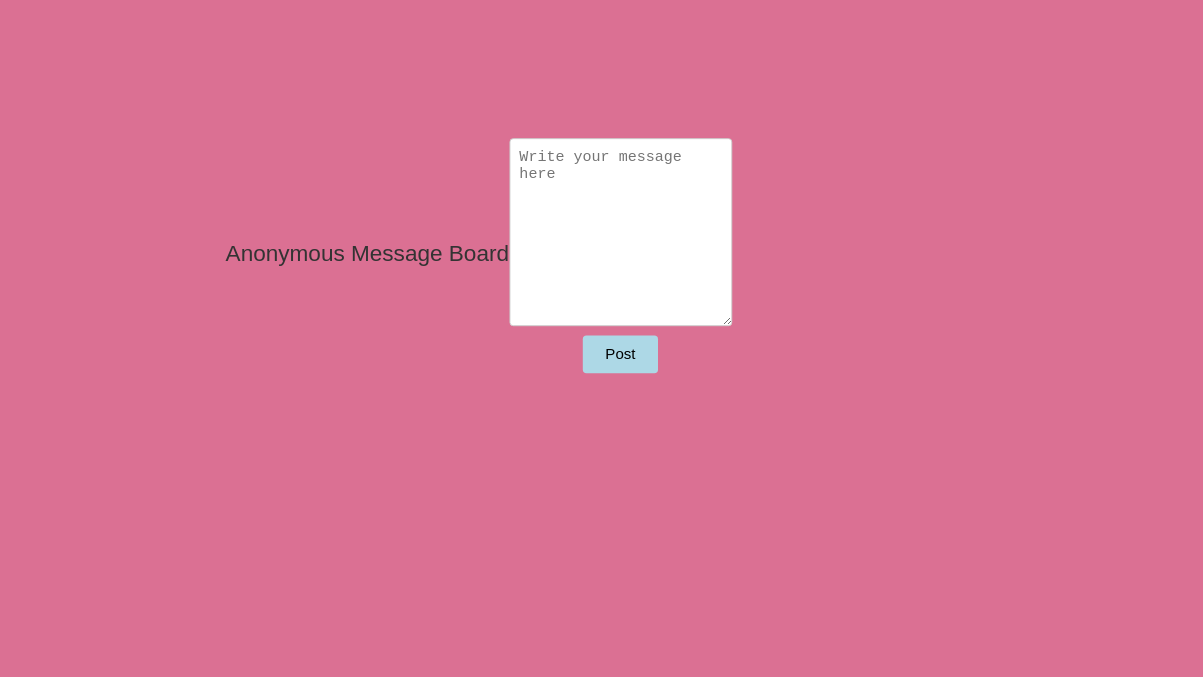
Repository: pilar122/tycha-os
Page: html1.html
The author's editor kept a copy of each file at every save. The page is drawn from the files as they stood at one save, then again after the next save.
The browser window is 1280 px wide. The pictures show the whole page, at 94% of full size.

Above is the page before, as saved 2023-01-06 11:55:01.

### html1.html
<DOCTYPE html>
    <html>
        <head>
            <title>Tychaios</title>
            <link rel="stylesheet" type="text/css" href="style.css">
        </head>
        <body>
            <div id="container">
                <h1> Anonymous Message Board</h1>
                <form id ="message-form">
                    <textarea id="message" placeholder="Write your message here"></textarea>
                    <button type="submit">Post</button>
                </form>
                <div id="messages"></div>
            </div>
            <script src="Script.js"></script>
        </body>
    </html>

### Style.css
body {
    font-family: sans-serif;
    margin: 0;
    padding: 0;
    background-color: palevioletred;
}

#container {
    max-width: 800px;
    height: 500px; /*Gives the element a fixed height*/
    margin: 0 auto;
    padding: 20px;
    text-align: center;
    display: flex; /*This will allow for the use of align-items property*/
    align-items:center; /*This will center the element*/
}

h1 {
    margin: 0;
    font-size: 24px;
    font-weight: normal;
    color: #333;
}

form {
    margin-top: 20px;
    display: flex;
    flex-direction: column;
    align-items: center;
}

textarea{
    width: 100%;
    max-width: 800px;
    height: 200px;
    margin-bottom: 10px;
    font-size: 16px;
    padding: 10px;
    border: 1px solid #ccc;
    border-radius: 4px;
    box-sizing: border-box;
}

button {
    width: 80px;
    height: 40px;
    font-size: 16px;
    background-color: lightblue;
    border: none;
    border-radius: 4px;
    cursor: pointer;
}

button:hover {
    background-color: #aaa;
}

.message {
    margin-top: 20px;
    padding: 20px;
    border: 1px solid #ccc;
    border-radius: 4px;
    box-sizing: border-box;
    width: 100%;
    max-width: 800px;
}

.message p {
    margin: 0;
    font-size: 16px;
}

.message .comments {
    margin-top: 10px;

}

.message .comment {
    margin-top: 10px;
    padding: 10px;
    border-left: 1 px solid #ccc;
    font-size: 14px;
}

.message .comment {
    margin: 0;
}

### Script.js
document.addEventListener('DOMContentLoaded', () => {
    const form = document.getElementById('message-form');
    const messages = document.getElementById('messages');

    form.addEventListener('submit', (event) => {
      event.preventDefault();
      const message = document.getElementById('message').value;
      if (message) {
        const div = document.createElement('div');
        div.classList.add('message');
        div.innerHTML = `
          <p>${message}</p>
          <div class="comments"></div>
        `;
        messages.appendChild(div);
        form.reset();
      }
    });

    messages.addEventListener('click', (event) => {
      if (event.target.classList.contains('comment-button')) {
        const messageDiv = event.target.parentElement.parentElement;
        const commentForm = messageDiv.querySelector('.comment-form');
        commentForm.classList.toggle('hidden');
      }
    });

    messages.addEventListener('submit', (event) => {
      event.preventDefault();
      if (event.target.classList.contains('comment-form')) {
        const comment = event.target.querySelector('.comment-input').value;
        if (comment) {
          const commentsDiv = event.target.parentElement.querySelector('.comments');
          const commentDiv = document.createElement('div');
          commentDiv.classList.add('comment');
          commentDiv.innerHTML = `<p>${comment}</p>`;
          commentsDiv.appendChild(commentDiv);
          event.target.reset();
        }
      }
    });
  });

After the next save:
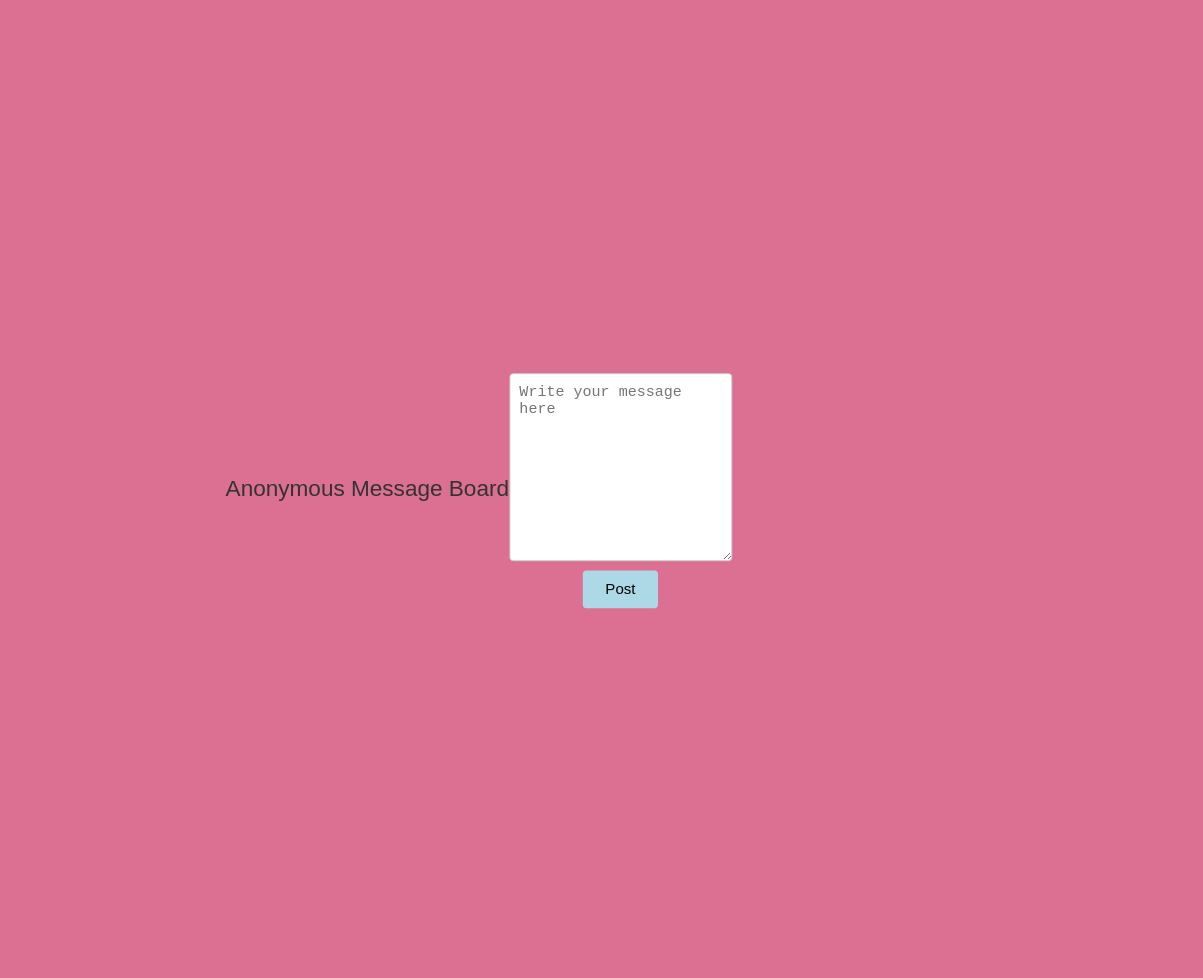
Saved 109 s later.
--- a/Style.css
+++ b/Style.css
@@ -7,7 +7,7 @@ body {
 
 #container {
     max-width: 800px;
-    height: 500px; /*Gives the element a fixed height*/
+    height: 1000px; /*Gives the element a fixed height*/
     margin: 0 auto;
     padding: 20px;
     text-align: center;
